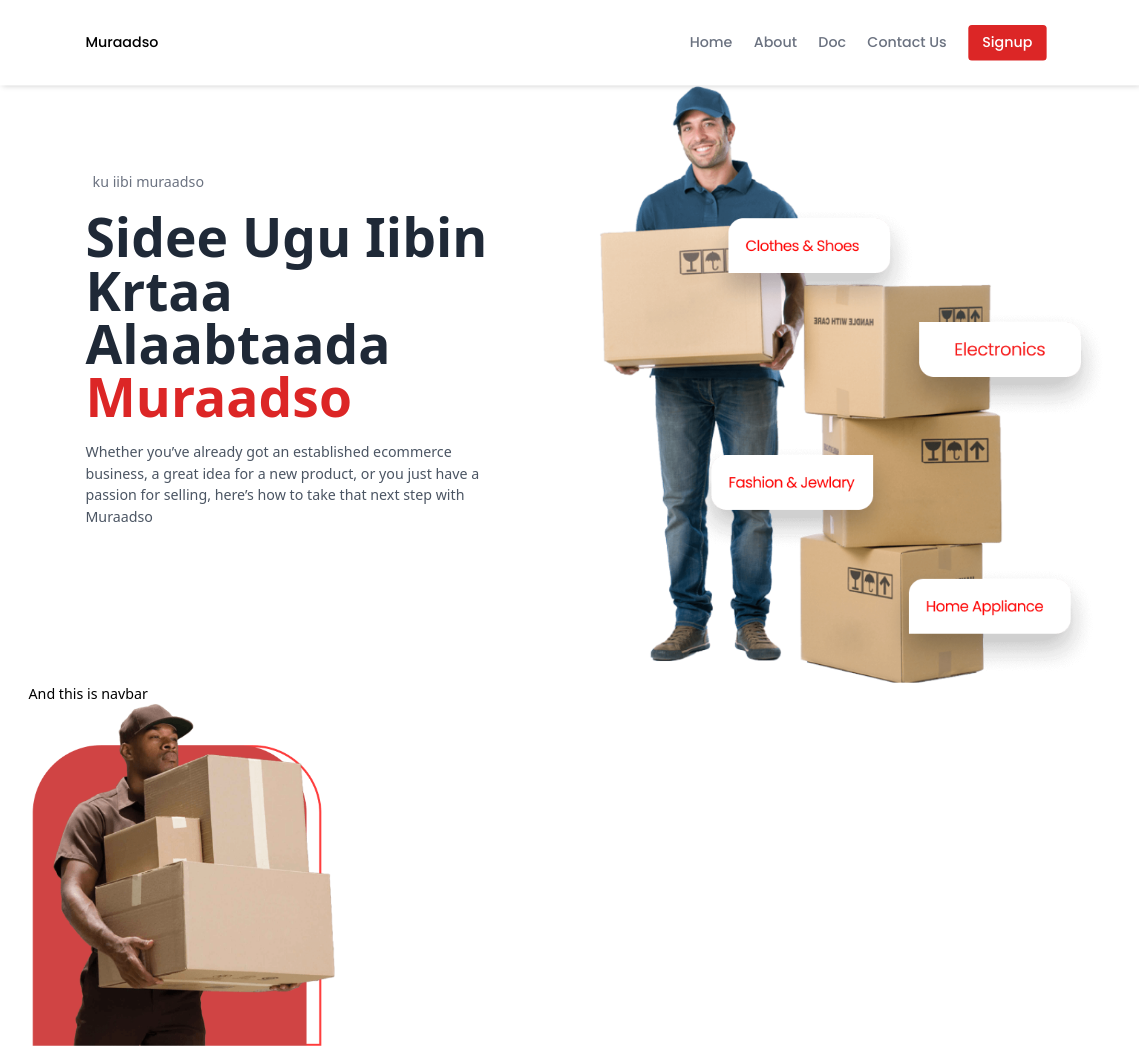
Repository: muraadso/Muraadso-Sellers
Page: /
The author's editor kept a copy of each file at every save. The page is drawn from the files as they stood at one save, then again after the next save.
The browser window is 1280 px wide. The pictures show the whole page, at 89% of full size.
The project was rebuilt for these pictures with package versions that can differ from the ones it lists, and the page was loaded fresh each time. The framework's server and built-in components were replaced by stand-ins that run in the browser. Also part of the build but not shown: next.config.js.

Above is the page before, as saved 2021-12-05 19:33:53.

### pages/_app.js
import '../styles/globals.css'
 import 'tailwindcss/tailwind.css'
import { Layout } from '../components/Layout'


function MyApp({ Component, pageProps }) {
  return (
    <Layout>
      <Component {...pageProps} />
    </Layout>
  )
}

export default MyApp

### pages/index.js
import Head from 'next/head'
import Image from 'next/image'
import Navbar from '../components/Navbar'
import Hero from '../components/Hero'
import About from '../components/About'
import styles from '../styles/Home.module.css'


export default function Home() {
  return (
    <div className={styles.container}>
      <Head>
        <title>Muraadso Sellers</title>
        <meta name="description" content="Generated by create next app" />
        <link rel="icon" href="/favicon.ico" />
      </Head>
      <Hero />
      <About />
    </div>
  )
}

### styles/globals.css
@import url('https://fonts.googleapis.com/css2?family=Lato:ital,wght@0,300;0,400;0,700;0,900;1,700&family=Poppins:wght@200;300;400;500;600;700&display=swap');
html,
body {
  padding: 0;
  margin: 0;
}

a {
  color: inherit;
  text-decoration: none;
}

* {
  box-sizing: border-box;
}


.navbar {
  box-shadow: 2px 1px 7px rgba(0, 0, 0, 0.226);
  font-family: 'Poppins', sans-serif  ;
  font-weight: 500;

}
  .logo{
    font-family: 'Lato', sans-serif;
    font-weight: 700;
    color: rgb(233, 59, 59);
    font-size: 20px ;
  }

.nav{
}





@media screen and  (max-width: 415px){
  .nav{
    display: flex;
    color: blue;
    flex-direction: row;
  }
}




@tailwind base;
@tailwind components;
@tailwind utilities

### components/Layout.js
import Navbar from "./Navbar"
import Footer from "./Footer"

export const Layout = ({children}) => {
    return (
        <div className="layout">
            <Navbar />
                {children}
            <Footer />



        </div>
    )
}

### components/Navbar.jsx
import React, { useState } from "react";
import { HiOutlineMenuAlt2, HiOutlineMenuAlt3 } from "react-icons/hi";



export default function Navbar() {
  const [showNav, setShowNav] = useState(false);

  return (
    <nav className="sticky top-0 z-20 items-center justify-between bg-white px-14 md:px-24 md:py-5 navbar md:flex">
      <div className="flex items-center justify-between">
        <a href="#">
          <h2>Muraadso</h2>
        </a>


        {showNav ? (
          <HiOutlineMenuAlt3
            onClick={() => setShowNav(!showNav)}
            className="block w-10 h-10 p-2 cursor-pointer md:hidden"
          />
        ) : (
          <HiOutlineMenuAlt2
            onClick={() => setShowNav(!showNav)}
            className="block w-10 h-10 p-2 cursor-pointer md:hidden"
          />
        )}
      </div>

      <ul
        className={
          (showNav ? "left-0" : "-left-full") +
          " md:static fixed bottom-0 md:ml-24 top-14 md:flex md:space-x-6 items-center md:bg-transparent bg-white bg-opacity-90 md:w-auto w-10/12 md:text-gray-500 text-gray-800  md:space-y-0 space-y-5 p-2 transition-left nav"
        }
      >
        <a href="#"> Home</a>
        <a href="#"> About</a>
        <a href="#"> Doc</a>
        <a href="#"> Contact Us</a>
      <a className="px-4 py-2 text-white bg-red-600 rounded" href="">Signup</a>
      </ul>
    </nav>
  );
}

























// const Navbar = () => {
//     return (
//         <div>
//      <div className="sticky top-0 z-20 items-center justify-between bg-white md:flex navbar">
//          <a className="logo" href="#">Muraadso</a>
//          <nav className="fixed bottom-0 items-center w-10/12 p-2 space-y-5 text-white bg-gray-500 md:static top-12 md:flex md:space-x-7 md:bg-transparent bg-opacity-90 md:w-auto md:text-gray-500 md:space-y-0 transition-left nav">
//              <a className="hover:text-red-600" href="">Home</a>
//              <a className="hover:text-red-600" href="">About</a>
//              <a className="hover:text-red-600" href="">Doc</a>
//              <a className="hover:text-red-600" href="">Contact Us</a>
//          </nav>
//          <a href="#" className="px-4 py-2 text-white bg-red-600 rounded hover:bg-red-700 signup ">Signup</a>
//      </div>

//         </div>
//     )
// }

// export default Navbar

### components/Hero.jsx
const Hero = () => {
    return (
        <div className="grid grid-cols-2 hero">
                <div className="px-16 py-24 herotxt">
                    <h6 className="px-2 font-medium text-gray-500">ku iibi muraadso</h6>
                    <h1 className="my-5 md:font-bold md:text-gray-800 md:capitalize lg:text-6xl">sidee ugu iibin krtaa <br /> alaabtaada <span className="md:text-red-600">muraadso </span></h1>
                    <p className="text-gray-600" >Whether you’ve already got an established ecommerce business, a great idea for a new product, or you just have a passion for selling, here’s how to take that next step with Muraadso</p>
                </div>
                <div className="heroimg">
                    <img className="w-4/4 "  src="/images/heroimage.png" alt="heroimage" />
                </div>

        </div>
    )
}

export default Hero

### components/About.jsx

const About = () => {
    return (
        <div>
            <h1>And this is navbar</h1>
            <img src="/images/aboutimage.png" className="md:h-96" alt="about image" />
        </div>
    )
}

export default About

### components/Footer.jsx
const Footer = () => {
    return (
        <div>
        </div>
    )
}

export default Footer

### tailwind.config.js
module.exports = {
   purge: ['./pages/**/*.{js,ts,jsx,tsx}', './components/**/*.{js,ts,jsx,tsx}'],
  darkMode: false, // or 'media' or 'class'
  theme: {
    extend: {
      transitionProperty: {
         'left': 'left',
        }
    },

  },
  variants: {
    extend: {},
  },
  plugins: [],
}

Loaded but not shown: pages/api/hello.js (common file); styles/Home.module.css (common file)

After the next save:
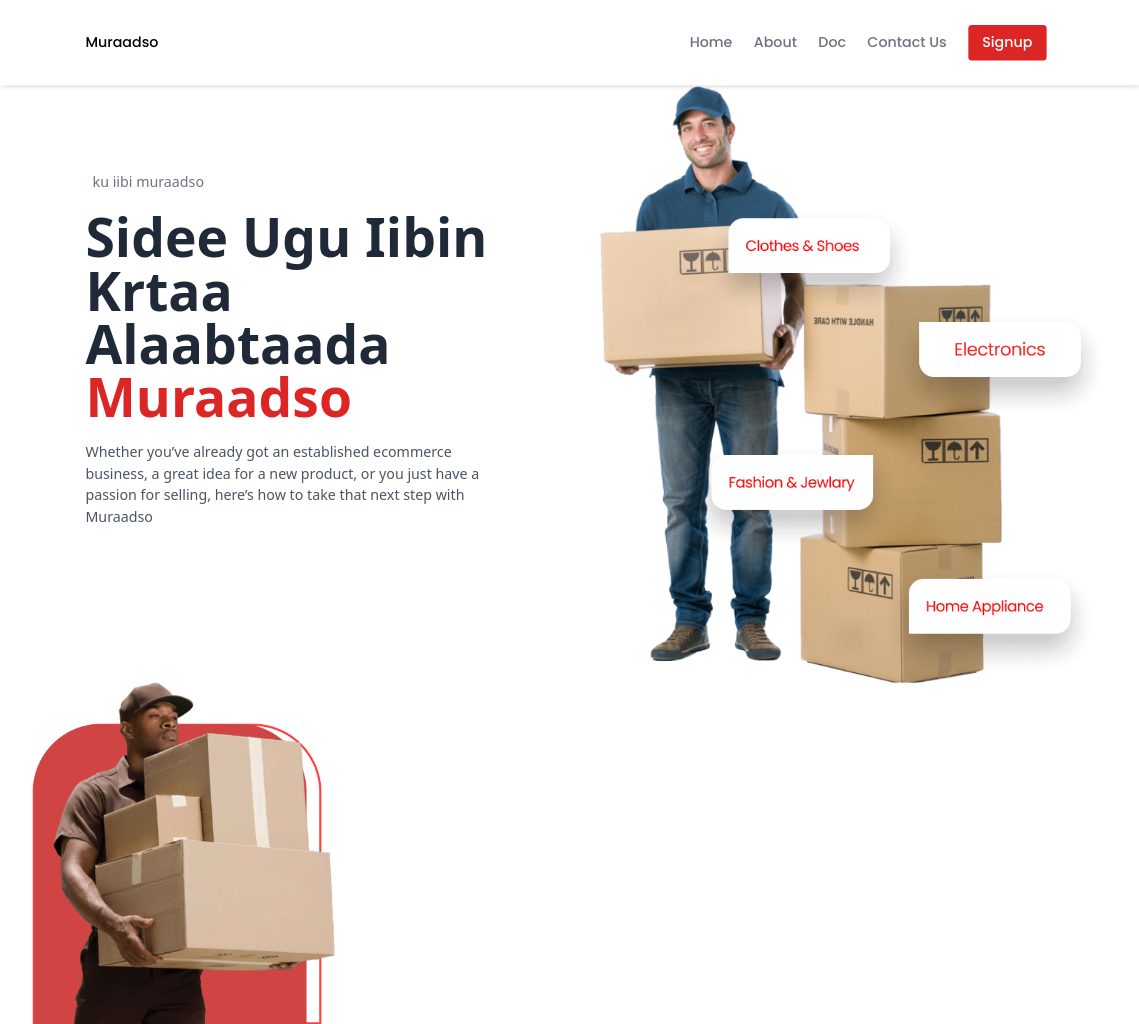
Saved 7 s later.
--- a/components/About.jsx
+++ b/components/About.jsx
@@ -2,7 +2,7 @@
 const About = () => {
     return (
         <div>
-            <h1>And this is navbar</h1>
+            <h1></h1>
             <img src="/images/aboutimage.png" className="md:h-96" alt="about image" />
         </div>
     )

After the save that followed:
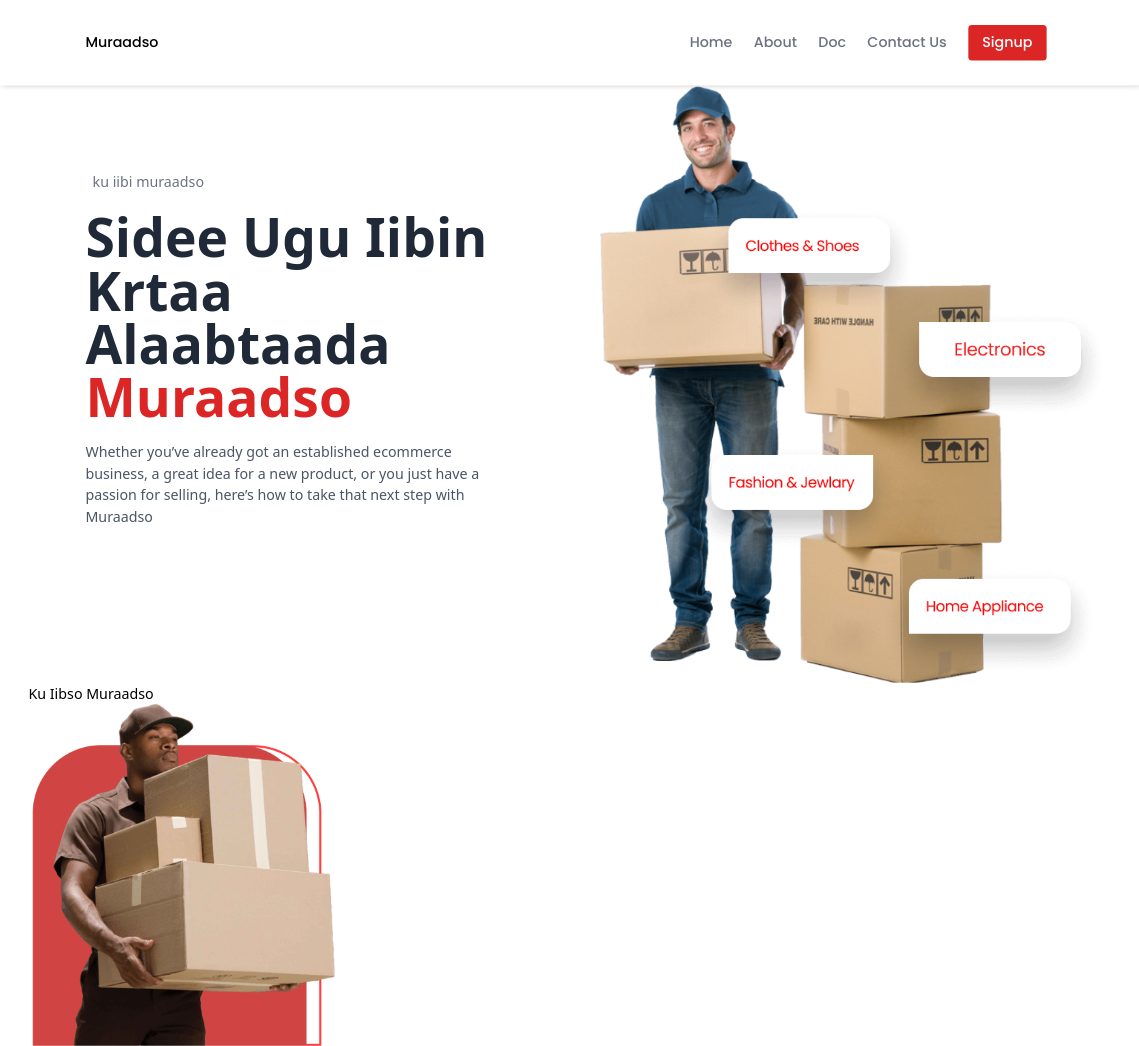
Saved 26 s later.
--- a/components/About.jsx
+++ b/components/About.jsx
@@ -2,7 +2,7 @@
 const About = () => {
     return (
         <div>
-            <h1></h1>
+            <h1>Ku Iibso Muraadso</h1>
             <img src="/images/aboutimage.png" className="md:h-96" alt="about image" />
         </div>
     )
